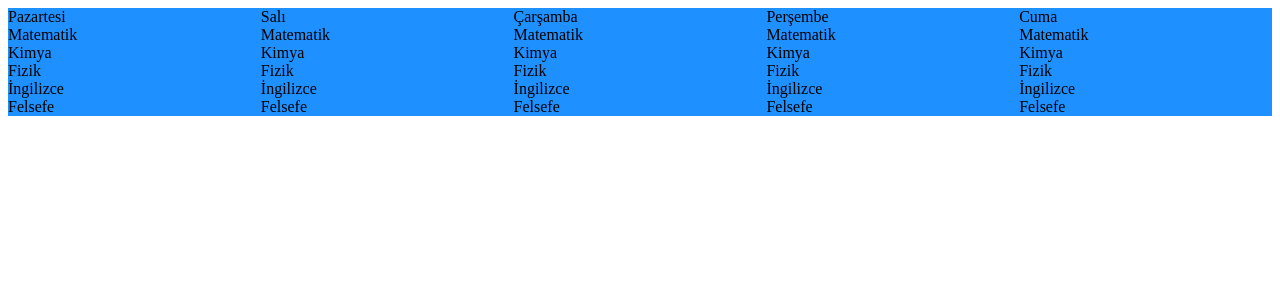
Repository: ahmetbugraozcan/css-ders-programi
Page: deneme.html
The author's editor kept a copy of each file at every save. The page is drawn from the files as they stood at one save, then again after the next save.
The browser window is 1280 px wide. The pictures show the whole page.

Above is the page before, as saved 2021-07-10 09:22:56.

After the next save:
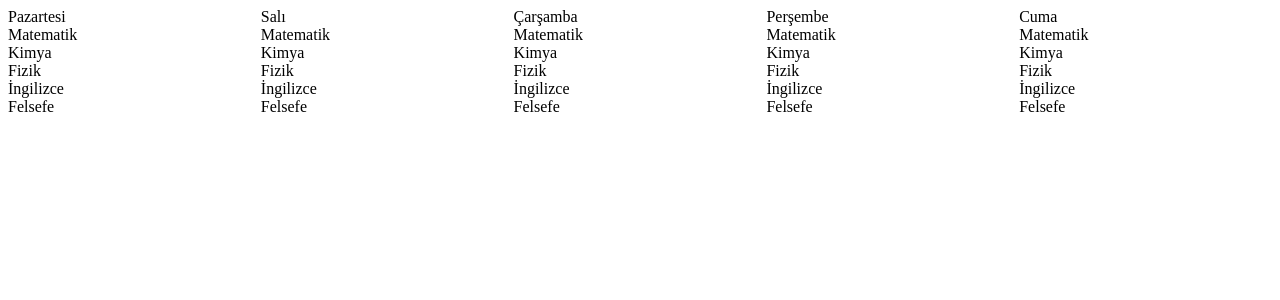
Saved 14 s later.
--- a/deneme.html
+++ b/deneme.html
@@ -11,7 +11,7 @@
     header,
     .row {
         display: flex;
-        background-color: dodgerblue;
+        background-color: ;
         /* aligns all child elements (flex items) in a row */
     }
 
@@ -22,7 +22,7 @@
 </style>
 
 <body>
-    <section>
+
         <header>
             <div class="col">Pazartesi</div>
             <div class="col">Salı</div>
@@ -59,7 +59,6 @@
                 <div>Felsefe</div>
             </div>
         </div>
-    </section>
 </body>
 
 </html>

After the save that followed:
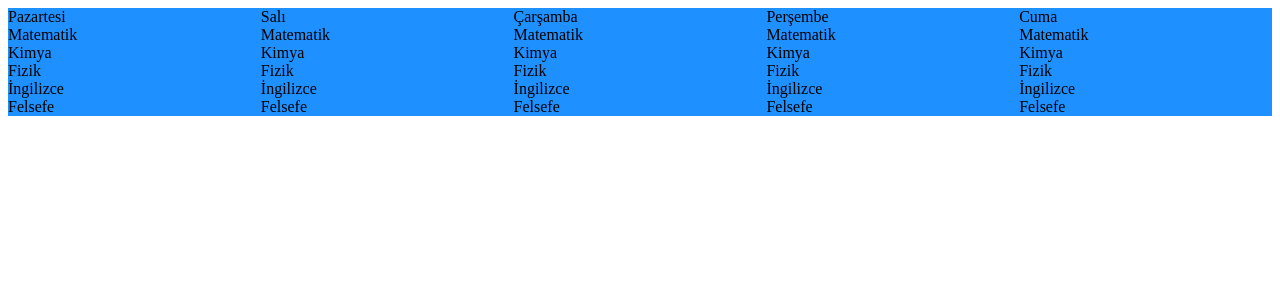
Saved 7 s later.
--- a/deneme.html
+++ b/deneme.html
@@ -11,7 +11,7 @@
     header,
     .row {
         display: flex;
-        background-color: ;
+        background-color: dodgerblue;
         /* aligns all child elements (flex items) in a row */
     }
 
